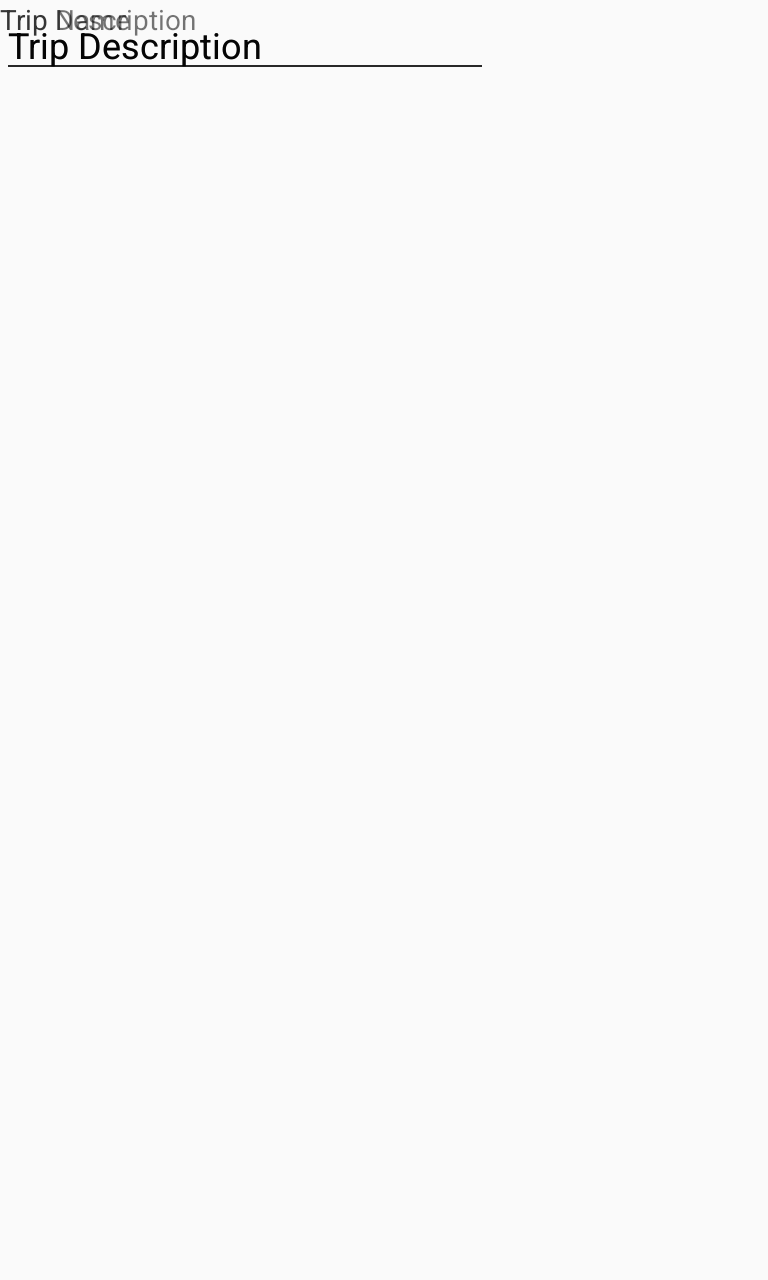
Repository: bandikishores/ShareMyTrip
Layout: ShareMyTrip/res/layout/activity_add_trip.xml
These files come from the project's save history. The layout is drawn as it stood at one moment and after the next save; the edit follows.
It is drawn on a 768 x 1280 px phone screen (xhdpi) without system bars, with theme AppTheme; the app's code is not run.

Above is the layout before, as saved 2014-12-25 13:35:06.

### ShareMyTrip/res/layout/activity_add_trip.xml
<RelativeLayout xmlns:android="http://schemas.android.com/apk/res/android"
    xmlns:tools="http://schemas.android.com/tools"
    android:layout_width="match_parent"
    android:layout_height="match_parent"
    tools:context="${relativePackage}.${activityClass}" >

    <!-- <TextView
        android:layout_width="wrap_content"
        android:layout_height="wrap_content"
        android:text="@string/Add a New Trip" /> -->

    <TextView
        android:layout_width="wrap_content"
        android:layout_height="wrap_content"
        android:text="@string/trip_name" />

    <EditText android:inputType="text"
        android:layout_width="wrap_content"
        android:layout_height="wrap_content"
        android:text="@string/trip_desc"
        android:hint="@string/enter_trip_name"
        android:id="@+id/trip_name_entered"
        />

    <TextView
        android:layout_width="wrap_content"
        android:layout_height="wrap_content"
        android:text="@string/trip_desc" />

    <EditText android:inputType="text"
        android:layout_width="wrap_content"
        android:layout_height="wrap_content"
        android:text="@string/trip_desc"
        android:hint="@string/enter_trip_name"
        android:id="@+id/trip_name_entered"
        />


</RelativeLayout>

### ShareMyTrip/res/values/strings.xml
<?xml version="1.0" encoding="utf-8"?>
<resources>

    <string name="app_name">Share My Trip</string>
    <string name="title_section1">All Trips</string>
    <string name="title_section2">Section 2</string>
    <string name="title_section3">Section 3</string>
    <string name="navigation_drawer_open">Open navigation drawer</string>
    <string name="navigation_drawer_close">Close navigation drawer</string>
    <string name="action_example">Example action</string>
    <string name="action_settings">Settings</string>
    <string name="hello">hello</string>
    <string name="title_activity_trip">TripActivity</string>
    <string name="hello_world">Hello world!</string>
    <string name="title_activity_add_trip">Add a New Trip</string>
    <string name="trip_name">Trip Name</string>
    <string name="enter_trip_name">Please Enter the name of Trip</string>
    <string name="trip_desc">Trip Description</string>

</resources>

Loaded but not shown: ShareMyTrip/res/values/styles.xml (common file); ShareMyTrip/res/values-v11/styles.xml (common file); ShareMyTrip/res/values-v14/styles.xml (common file)

After the next save:
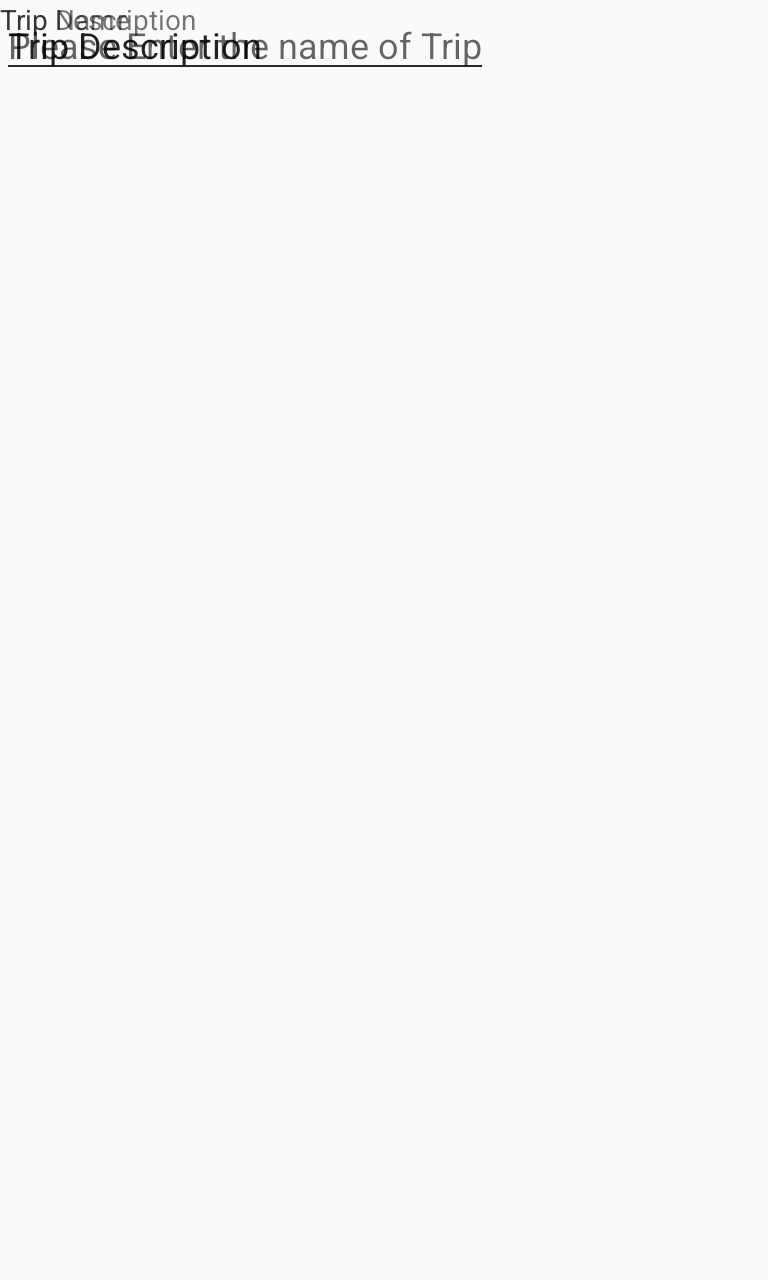
Saved 7 s later.
--- a/ShareMyTrip/res/layout/activity_add_trip.xml
+++ b/ShareMyTrip/res/layout/activity_add_trip.xml
@@ -17,7 +17,6 @@
     <EditText android:inputType="text"
         android:layout_width="wrap_content"
         android:layout_height="wrap_content"
-        android:text="@string/trip_desc"
         android:hint="@string/enter_trip_name"
         android:id="@+id/trip_name_entered"
         />
